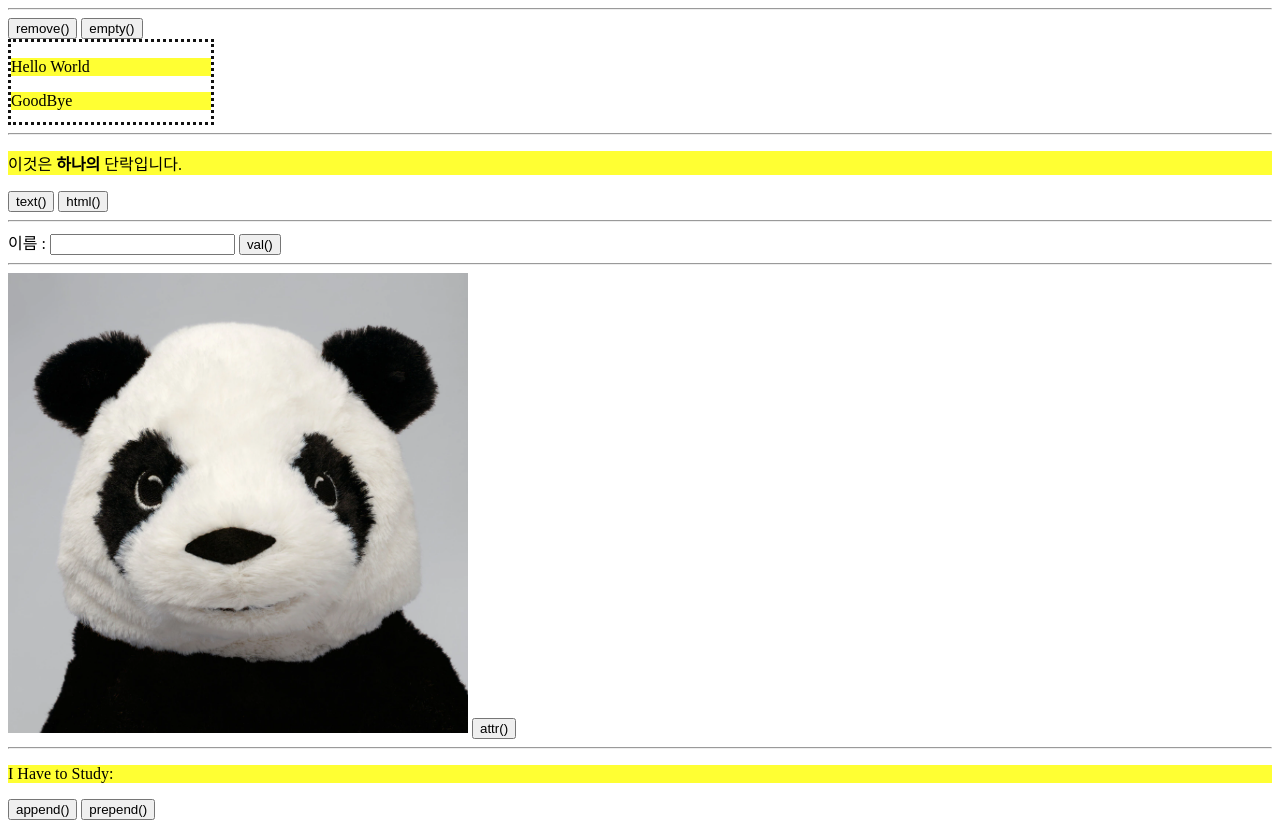
Repository: yujisu01/2021_504_java
Page: javascript_jquery/WebContent/jQuery_ex02.html
These files come from the project's save history. The page is drawn as it stood at one moment and after the next save; the edit follows.
The browser window is 1280 px wide. The pictures show the whole page.

Above is the page before, as saved 2021-04-15 05:33:54.

After the next save:
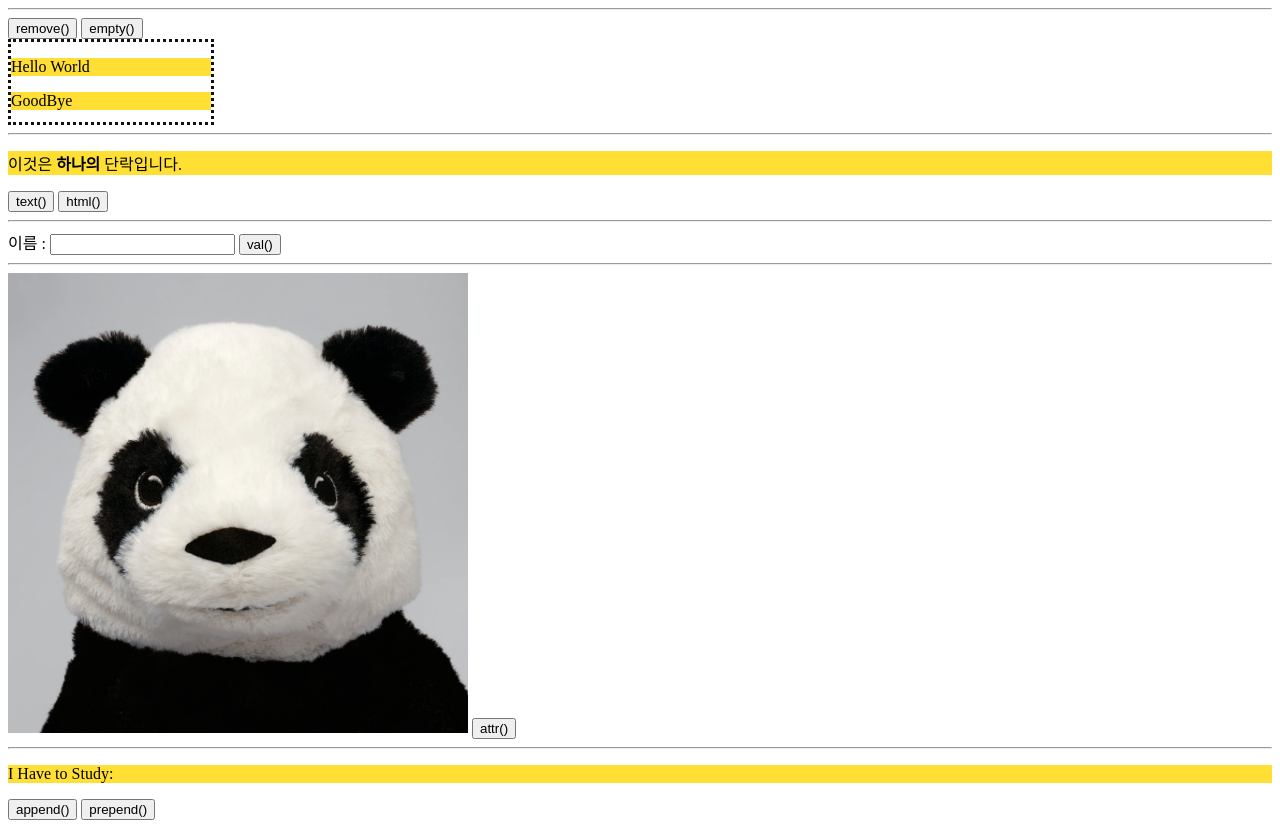
Saved 21 s later.
--- a/javascript_jquery/WebContent/jQuery_ex02.html
+++ b/javascript_jquery/WebContent/jQuery_ex02.html
@@ -5,7 +5,7 @@
 <title>Insert title here</title>
 <style type="text/css">
 	p{
-		background-color: #ffff33;
+		background-color: #ffdf33;
 	}
 	.container{
 		height: 80px;
